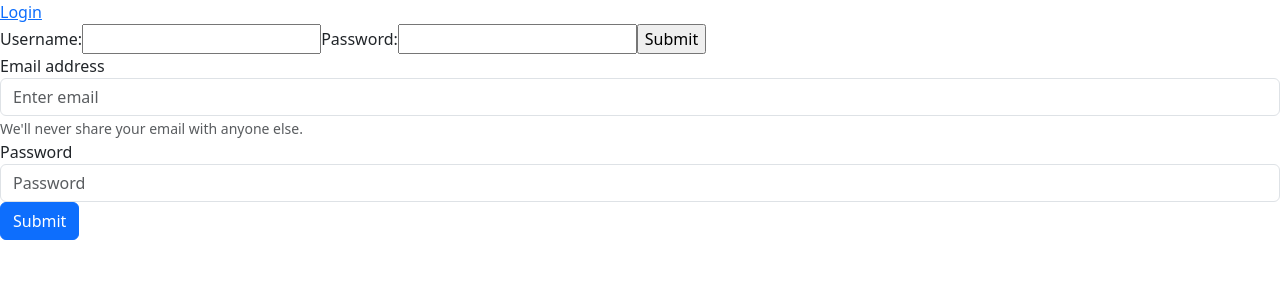
Repository: Vivek3072/webapp_shuniya_code.com
Page: /login
The author's editor kept a copy of each file at every save. The page is drawn from the files as they stood at one save, then again after the next save.
The browser window is 1280 px wide. The pictures show the whole page.
The project was rebuilt for these pictures with package versions that can differ from the ones it lists, and the page was loaded fresh each time. Also part of the build but not shown: src/components/Singup.js, src/home/index.js. Imported but missing from the stored project, and not drawn on this page: src/axiosApi.

Above is the page before, as saved 2021-02-27 09:57:01.

After the next save:
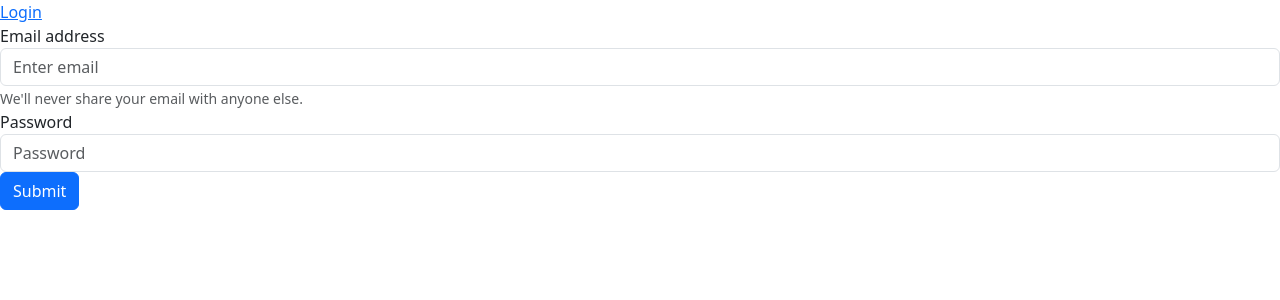
Saved 4 s later.
--- a/src/components/Login.js
+++ b/src/components/Login.js
@@ -51,7 +51,7 @@ class Login extends Component {
         return (
             <div>
 
-                <form onSubmit={this.handleSubmit}>
+                {/* <form onSubmit={this.handleSubmit}>
                     <label>
                         Username:
                         <input name="username" type="text" value={this.state.username} onChange={this.handleChange}/>
@@ -61,7 +61,7 @@ class Login extends Component {
                         <input name="password" type="password" value={this.state.password} onChange={this.handleChange}/>
                     </label>
                     <input type="submit" value="Submit"/>
-                </form>
+                </form> */}
                 <form onSubmit={this.handleSubmit}>
   <div class="form-group">
     <label for="exampleInputEmail1">Email address</label>
